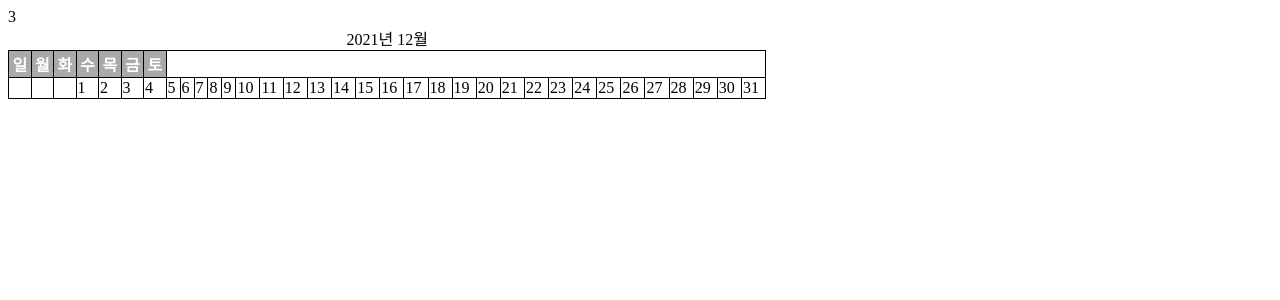
Repository: Jin0207/jsp
Page: http://localhost/day1210/calendarTest.jsp
The author's editor kept a copy of each file at every save. The page is drawn from the files as they stood at one save, then again after the next save.
The browser window is 1280 px wide. The pictures show the whole page.
The page is served by Tomcat 9.

Above is the page before, as saved 2021-12-10 06:18:42.

After the next save:
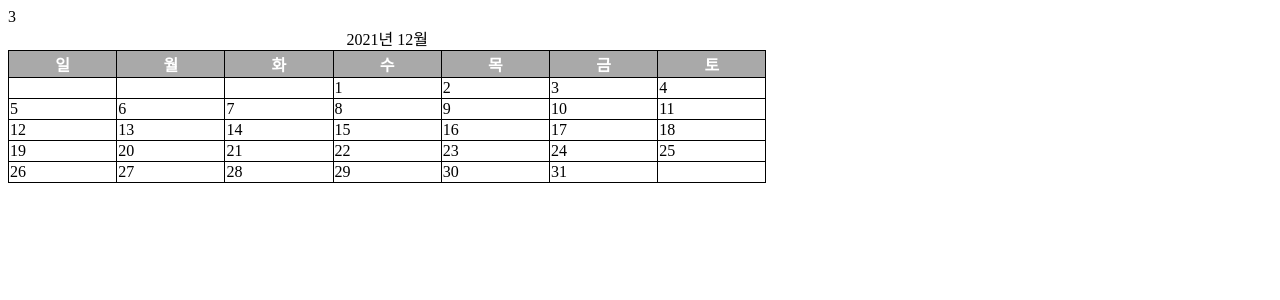
Saved 7 s later.
--- a/day1210/src/main/webapp/calendarTest.jsp
+++ b/day1210/src/main/webapp/calendarTest.jsp
@@ -52,7 +52,7 @@
 			%>
 						<td><%=i %></td>
 						<%
-						if(i+firstDay%7==0){
+						if((i+firstDay)%7==0){
 							%>
 								</tr><tr>
 							<%
